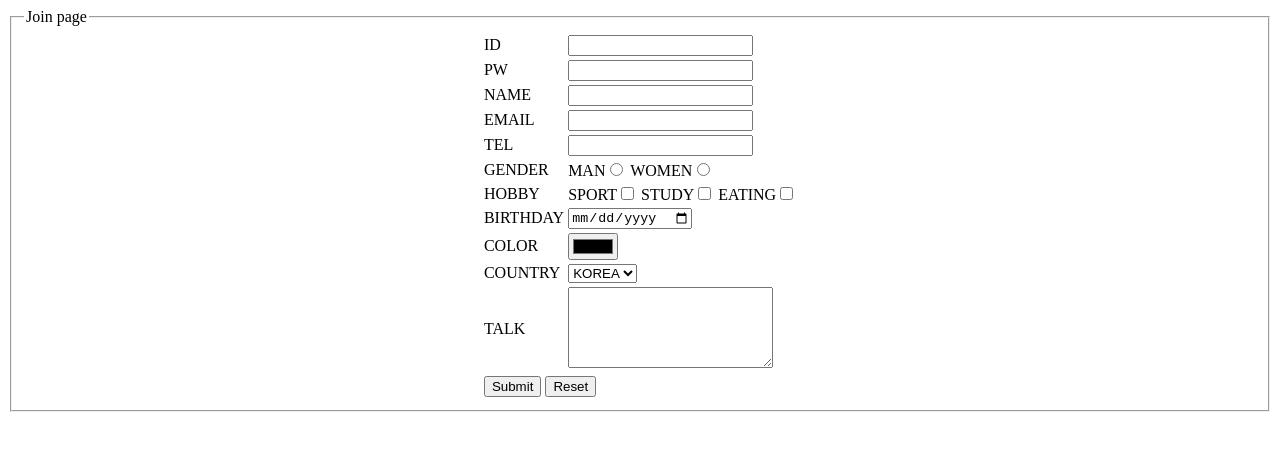
Repository: leejonggwon/Amora-Project
Page: 04.Server/Servlet/src/main/webapp/ex08join.HTML
The author's editor kept a copy of each file at every save. The page is drawn from the files as they stood at one save, then again after the next save.
The browser window is 1280 px wide. The pictures show the whole page.

Above is the page before, as saved 2023-08-01 06:03:02.

After the next save:
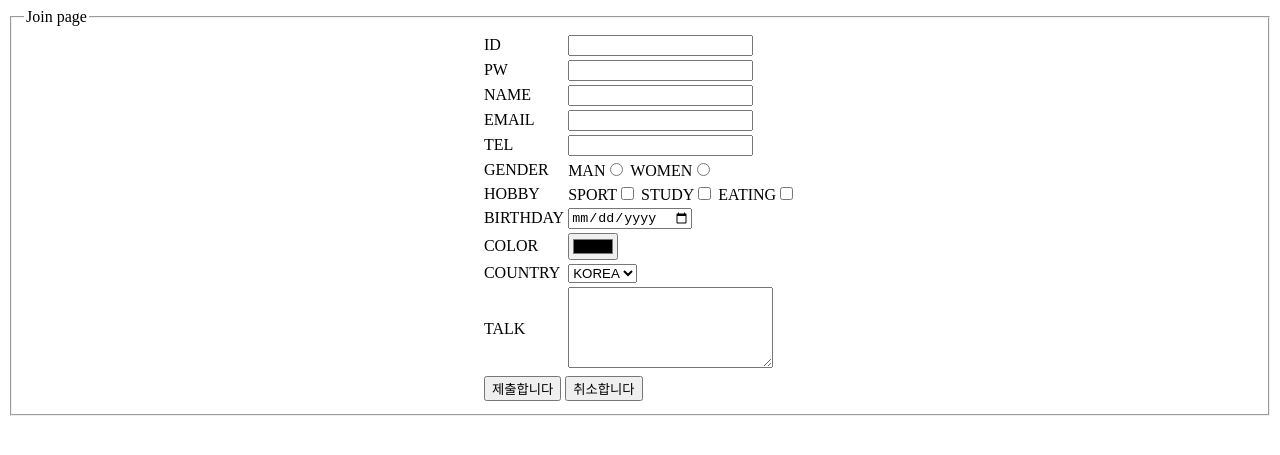
Saved 30 min 17 s later.
--- a/04.Server/Servlet/src/main/webapp/ex08join.HTML
+++ b/04.Server/Servlet/src/main/webapp/ex08join.HTML
@@ -82,8 +82,8 @@
 				</tr>
 				<tr>
 					<td colspan = "2">
-						<input type = "submit">
-						<input type = "reset">
+						<input type = "submit" value ="제출합니다"> <!--제출-->
+						<input type = "reset" value ="취소합니다"> <!--초기화-->
 
 
 					</td>
